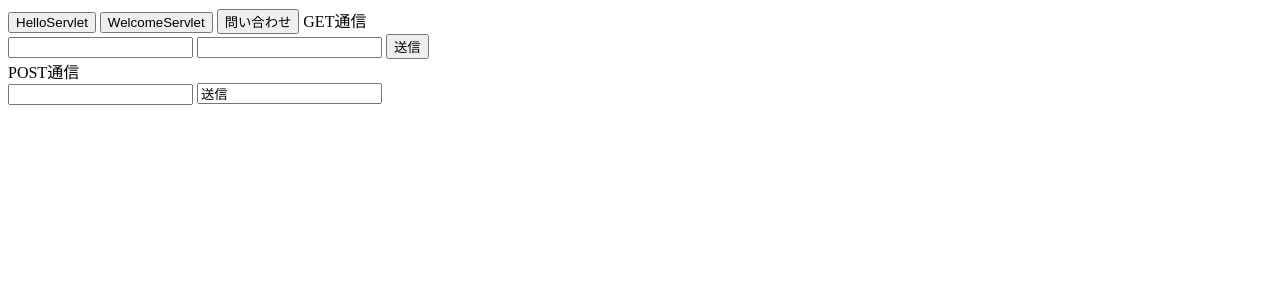
Repository: xnjsuxzc1825/test
Page: http://localhost/HelloServlet/
The author's editor kept a copy of each file at every save. The page is drawn from the files as they stood at one save, then again after the next save.
The browser window is 1280 px wide. The pictures show the whole page.
The page is served by Tomcat 9.

Above is the page before, as saved 2019-07-26 09:52:11.

After the next save:
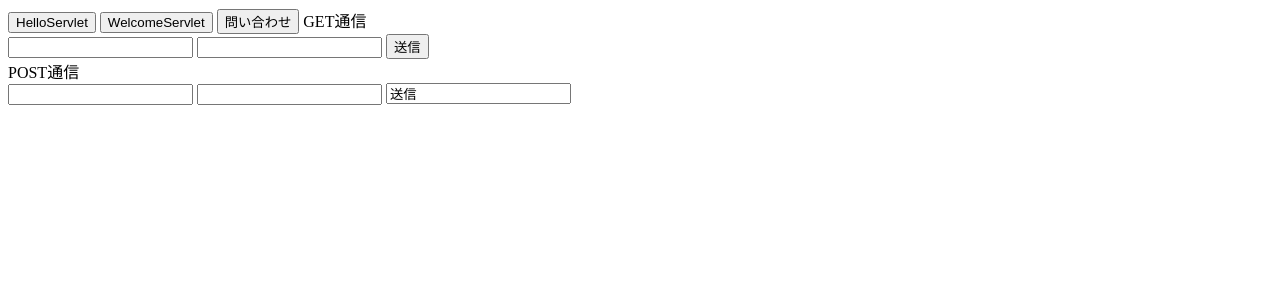
Saved 26 s later.
--- a/HelloServlet/WebContent/index.jsp
+++ b/HelloServlet/WebContent/index.jsp
@@ -17,9 +17,9 @@
 <input type="submit" value="送信">
 </form>
 POST通信
-<form method="post" action="TestServlet>
+<form method="post" action="TestServlet">
 <input type="text" name="username">
-<input type="password" name=""password">
+<input type="password" name="password">
 <input type="subimt" value="送信">
 </form>
 </body>
